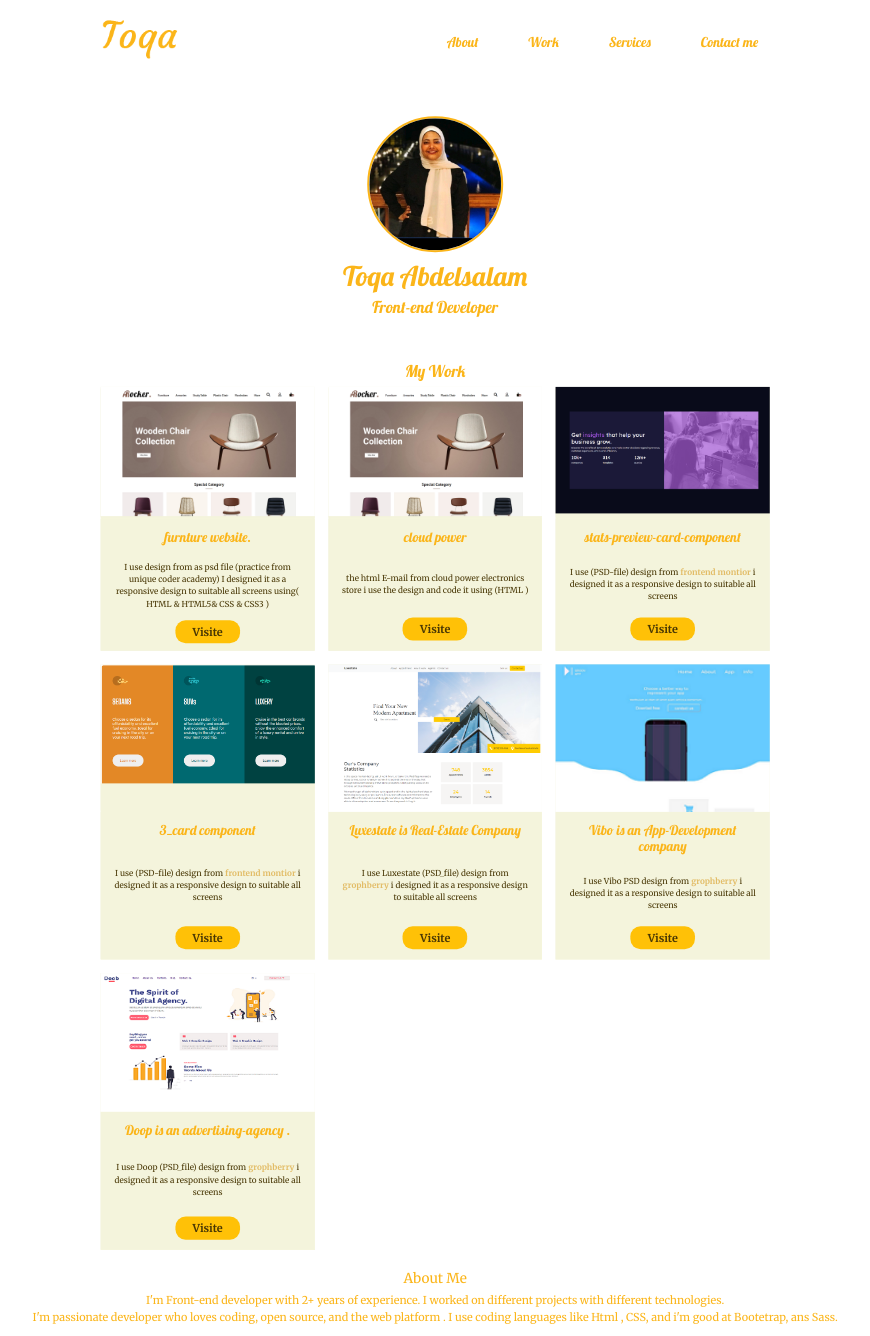
Repository: Toqa-25/portfolio
Page: index.html
These files come from the project's save history. The page is drawn as it stood at one moment and after the next save; the edit follows.
The browser window is 1280 px wide. The pictures show the whole page, at 68% of full size.
Some web fonts or font styles are not loaded; a fallback is used.

Above is the page before, as saved 2021-11-01 02:43:42.

### index.html
<!DOCTYPE html>
<html lang="en">
<head>
    <meta charset="UTF-8">
    <meta http-equiv="X-UA-Compatible" content="IE=edge">
    <meta name="viewport" content="width=device-width, initial-scale=1.0">
    <title>Toqa Portfolio</title>
      <!-- bootstrap file -->
      <link rel="stylesheet" href="css/all.min.css">
      <link rel="stylesheet" href="css/bootstrap.css">
      <!-- css file -->
      <link rel="stylesheet" href="css/style.css">
      <!-- fonts -->
      <link rel="preconnect" href="https://fonts.googleapis.com">
<link rel="preconnect" href="https://fonts.gstatic.com" crossorigin>
<link href="https://fonts.googleapis.com/css2?family=Lobster&family=Otomanopee+One&display=swap" rel="stylesheet">
<link rel="preconnect" href="https://fonts.googleapis.com">
<link rel="preconnect" href="https://fonts.gstatic.com" crossorigin>
<link href="https://fonts.googleapis.com/css2?family=Merriweather:ital,wght@0,300;0,400;0,700;0,900;1,300;1,400;1,700;1,900&display=swap" rel="stylesheet">
<link rel="preconnect" href="https://fonts.googleapis.com">
<link rel="preconnect" href="https://fonts.gstatic.com" crossorigin>
<link href="https://fonts.googleapis.com/css2?family=Bebas+Neue&family=Oswald:wght@200;300;400;500;600;700&display=swap" rel="stylesheet">
<link rel="preconnect" href="https://fonts.googleapis.com">
<link rel="preconnect" href="https://fonts.gstatic.com" crossorigin>
<link href="https://fonts.googleapis.com/css2?family=Montserrat:wght@100;200;300;400;500;600;700;800;900&family=PT+Sans:ital,wght@0,400;0,700;1,700&family=Roboto:wght@100;300;400;500;700;900&display=swap" rel="stylesheet">
</head>
<body>
        <!-- header section -->
    <header class="pad">
       <div class="container">
         <div class="header-content">
           <div class="header-logo">
             <img src="images/logo.png" alt="logo">
           </div>
           <div class="bar">
             <svg xmlns="http://www.w3.org/2000/svg" width="35" height="35" fill="#fbb519" class="bi bi-list" viewBox="0 0 16 16">
               <path fill-rule="evenodd" d="M2.5 12a.5.5 0 0 1 .5-.5h10a.5.5 0 0 1 0 1H3a.5.5 0 0 1-.5-.5zm0-4a.5.5 0 0 1 .5-.5h10a.5.5 0 0 1 0 1H3a.5.5 0 0 1-.5-.5zm0-4a.5.5 0 0 1 .5-.5h10a.5.5 0 0 1 0 1H3a.5.5 0 0 1-.5-.5z"/>
             </svg>
              <ul class="hidden-list unlist list">
              <li>About</li>
              <li>Work</li>
              <li>Services</li>
              <li>Contact me</li>
              <li>Reviews</li>
            </ul>
           </div>
           <div class="header-nav">
             <ul class="list unlist">
                 <li>About</li>
                 <li>Work</li>
                 <li>Services</li>
                 <li>Contact me</li>
                 <!-- <li>Reviews</li> -->
             </ul>

           </div>
         </div>
         </div>
        </header><!-- end header section -->
        <!-- information  section -->
    <section  class="inform pad">
      <div class="main-inform " role="main">
        <div class="inform-info">
        <img src="images/toqa.jpg" alt=""><br>
        <h1>Toqa Abdelsalam</h1>
        <h4>Front-end Developer</h4>
      </div>
      </div>
    </section> <!-- end information  section -->

      <!-- my-work  section -->
      <section class="pad work">
        <div class="container">
          <h4 class="work-head">My Work</h4>
          <div class="work-content">
              <div class="work-card" role="menu">
        <div class="card-img">
          <img src="images/my-work/furnture/desktop_unique-templete-2_index.html.png" alt="">
        </div>
        <div class="card-info">
          <h5 class="card-title">furnture website.</h5>
          <p class="card-info-text doop-text">I use  design from as psd file (practice from unique coder academy)
            I designed it as a responsive design to suitable all screens using( HTML & HTML5& CSS & CSS3 ) <br>
         </p>
      <button class="card-button"><a href="https://toqa-25.github.io/unique-templete-2/">Visite</a></button>
        </div>
     </div>
              <div class="work-card" role="menu">
        <div class="card-img">
          <img src="images/my-work/furnture/desktop_unique-templete-2_index.html.png" alt="">
        </div>
        <div class="card-info">
          <h5 class="card-title">cloud power</h5>
          <p class="card-info-text doop-text"> the html E-mail from cloud power electronics store
            i use the design and code it using (HTML )
          </p>

      <button class="card-button"><a href="https://toqa-25.github.io/unique-templete-2/">Visite</a></button>
        </div>
     </div>
      <div class="work-card" role="menu">
        <div class="card-img">
          <img src="images/my-work/preview-card/desktop_stats-preview-card-component-main_.png" alt="">
        </div>
        <div class="card-info">
          <h5 class="card-title">stats-preview-card-component </h5>
          <p class="card-info-text"> I use  (PSD-file) design from <span> <a href="https://www.frontendmentor.io/">frontend montior</a></span>
        i designed it as a responsive design to suitable all screens
         </p>
      <button class="card-button"><a href="https://toqa-25.github.io/stats-preview-card-component-main/">Visite</a></button>
        </div>
 </div>
      <div class="work-card" role="menu">
        <div class="card-img">
          <img src="images/my-work/3-card-component/desktop_3-cards-component_.png" alt="">
        </div>
        <div class="card-info">
          <h5 class="card-title">3_card component </h5>
          <p class="card-info-text"> I use  (PSD-file) design from <span> <a href="https://www.frontendmentor.io/">frontend montior</a></span>
        i designed it as a responsive design to suitable all screens
         </p>
      <button class="card-button"><a href="https://toqa-25.github.io/3-cards-component/">Visite</a></button>
        </div>
 </div>
      <div class="work-card" role="menu">
        <div class="card-img">
          <img src="images/my-work/luxestate/destop-luxestate - Copy (1).png" alt="">
        </div>
        <div class="card-info">
          <h5 class="card-title">Luxestate is Real-Estate Company  </h5>
          <p class="card-info-text">I use Luxestate (PSD_file) design from <span> <a href="https://www.graphberry.com/">grophberry</a></span>
    i designed it as a responsive design to suitable all screens
         </p>
      <button class="card-button"><a href="https://toqa-25.github.io/luxstate-project-/">Visite</a></button>
        </div>
 </div>
      <div class="work-card" role="menu">
        <div class="card-img">
          <img src="images/my-work/vibo/Vibo_App(desktop)_toqa-25.github.io2.png" alt="">
        </div>
        <div class="card-info">
          <h5 class="card-title">Vibo is an App-Development company</h5>
          <p class="card-info-text">I use Vibo PSD design from <span> <a href="https://www.graphberry.com/">grophberry</a></span>
                  i designed it as a responsive design to suitable all screens
         </p>
      <button class="card-button"><a href="https://toqa-25.github.io/vibo-app/">Visite</a></button>
        </div>
 </div>
      <div class="work-card" role="menu">
        <div class="card-img">
          <img src="images/my-work/simple/web_design.png" alt="">
        </div>
        <div class="card-info">
          <h5 class="card-title">Doop is an advertising-agency .</h5>
          <p class="card-info-text doop-text">I use Doop (PSD_file) design from <span> <a href="https://www.graphberry.com/">grophberry</a></span>
            i designed it as a responsive design to suitable all screens
         </p>
      <button class="card-button"><a href="https://toqa-25.github.io/simply-agency/">Visite</a></button>
        </div>
     </div>
      <!-- <div class="work-card" role="menu">
        <div class="card-img">
          <img src="images/my-work/landing-meeting-page/toqa-25.github.io_landing-meeting-page_desktop.png" alt="">
        </div>
        <div class="card-info">
          <h5 class="card-title">Metting landing page.</h5>
          <p class="card-info-text doop-text">I use  design from <span> <a href="https://www.frontendmentor.io/">frontendmentor</a></span>
i designed it as a responsive design to suitable all screens <br>
         </p>
      <button class="card-button"><a href="https://toqa-25.github.io/landing-meeting-page/">Visite</a></button>
        </div>
     </div> -->

   </div>
   </div>
      </section>

      <section class="section about">

          <h5>About Me</h5>
      <p> I'm Front-end developer with 2+ years of experience. I worked on different projects with different technologies. <br>
       I'm passionate developer who loves coding, open source, and the web platform .
       I use coding languages like Html , CSS, and i'm good at Bootetrap, ans Sass. </p>
      </section>

</body>
</html>

### css/style.css
/*
    public style
***********************
*/
:root{
    --main-color:#fbb519;
    --section-padding:30px;
}
* {
    box-sizing: border-box;
    margin: 0;
    padding: 0;
}
body{
    font-family: 'Merriweather', serif;
    color:var(--main-color);
}
.pad{
    padding: var(--section-padding) 0;
}
.container
{
  width: 80%;
  margin:auto;
  padding: 0 20px;
}

 .unlist{
     list-style: none;
 }
 a{
     text-decoration: none;
 }
/*
    header style
***********************
*/
 header{
    font-family: 'Lobster', cursive;
 }
 .header-content{
    display: flex;
}
.header-logo{
    width:50%;
}
.bar{
    position: relative;
    display: none;
    margin: auto 20px;
     transition: .2s;
     cursor: pointer;
     width: 50%;
    /* text-align: right; */
    justify-content: flex-end;
}
 .header-nav{
   min-width: 50%;
    display: flex;
    justify-content: flex-end;
 }
 .header-nav .list{
     width: 100%;
     display: flex;
     justify-content: space-between;
     align-items: center;
     padding: 17px;
 }
  .list li{
     font-size: 20px;
     transition: .2s;
     -webkit-transition: .2s;
     -moz-transition: .2s;
     -ms-transition: .2s;
     -o-transition: .2s;
     cursor: pointer;
     margin-bottom: 2px;
    }
     .list li:hover{
        border-bottom: 2px solid var(--main-color);
    }
    .hidden-list{
         text-align: center;
         position: absolute;
         width: 120px;
         top: 3px;
         right: -70px;
         background-color: #f5f5dc91;
         padding: 10px;
         border-radius: 25px;
         -webkit-border-radius: 25px;
         -moz-border-radius: 25px;
         -ms-border-radius: 25px;
         -o-border-radius: 25px;
         transition: .2s;
         -webkit-transition: .2s;
         -moz-transition: .2s;
         -ms-transition: .2s;
         -o-transition: .2s;
         visibility: hidden;
         display: none;
}
/* media quary for header*/
 @media (max-width: 991px){
   .header-nav {
      display: none;
  }
  .bar{
      display: flex;
  }
  .bar:hover .hidden-list{
    visibility: visible;
    display: block;
  }
}
/*
    my-information&image style
  ********************************
 */
 .main-inform{
     color: var(--main-color);
    text-align: center;
    height: 300px;
    display: flex;
    align-items: center;
    justify-content: center;
    font-family: 'Lobster', cursive;
}
.main-inform img{
    width: 200px;
    height: 200px;
    border:3px solid;
    border-radius: 50%;
    -webkit-border-radius: 50%;
     -moz-border-radius: 50%;
     -ms-border-radius: 50%;
     -o-border-radius: 50%;
     margin-bottom: 10px;
    }
/*
    my-work style
********************************
*/
.work{
text-align: center;
}
 .work-content{
    display: grid;
    grid-template-columns:repeat(3,1fr);
    grid-template-rows: minmax(1fr,350px);
    gap:20px;
 }
 .work .work-head{
    text-align: center;
    font-family: 'Lobster';
 }
 .work-card{
 background-color: #f5f5dce8;
 }
 .card-img{
     width:100%;
     height:50%;
     background-color: #f5f5dce8;
 }
 .card-img img{
     width:100%;
     max-height: 100%;
     transition: .2s;
     -webkit-transition: .2s;
     -moz-transition: .2s;
     -ms-transition: .2s;
     -o-transition: .2s;
}

 .card-img img:hover{
   transform: scale(1.1);
   -webkit-transform: scale(1.1);
   -moz-transform: scale(1.1);
   -ms-transform: scale(1.1);
   -o-transform: scale(1.1);
}
 .card-info{
     display: flex;
    flex-direction: column;
    justify-content: space-between;
     text-align: center;
     width: 100%;
     height: 50%;
    background-color: #f5f5dce8;
    padding: 15px;
 }
 .card-title{
         font-family: 'Lobster', cursive;
 }

.card-info-text{
    margin:15px 0;
    font-size: 12px;
    font-weight: 400;
    /* padding: 2px; */
    text-align: center;
    color:#483705;
}
.card-info-text a{
    text-decoration: none;
    color: #e2bc66;
    font-weight: bolder;
}
/* .card p{
  margin:15px 0 ;
} */

.card-button{
    width: 95px;
    text-align: center;
    background-color: #ffc107;
     color:#483705;
    border: none;
    margin: 0 auto;
    border-radius: 15px;
    padding: 5px;
    /*margin-top: 7px; */
    transition: .2s;
    -webkit-transition: .2s;
    -moz-transition: .2s;
    -ms-transition: .2s;
    -o-transition: .2s;
    font-weight: bold;
}
.card-button:hover{
     transform: scale(1.1);
     -webkit-transform: scale(1.1);
      -moz-transform: scale(1.1);
      -ms-transform: scale(1.1);
       -o-transform: scale(1.1);
}
.card-button a{
    text-decoration: none;
    color: #483705;
}

.about{
    text-align: center;

}

/*
media quary style
***************************************
//extra small devices @media (maxwidth:575px)
//small devices @media (maxwidth:767px)
//medium devices @media (maxwidth:991px)
//large devices @media (maxwidth:1199px)
*/
/* .card {
    width: 100%;
    height: 100%;
    position: relative;
    display: flex;
    flex-direction: column;
    min-width: 0;
    word-wrap: break-word;
    background-color: black;
    background-clip: border-box;
    border: 4px solid var(--main-color);
    border-radius: 0.3rem;
}

.card img{
    max-width:100%;
    max-height: 150px;
    border-bottom: 3px solid;
} */

Loaded but not shown: css/all.min.css (library); css/bootstrap.css (library)

After the next save:
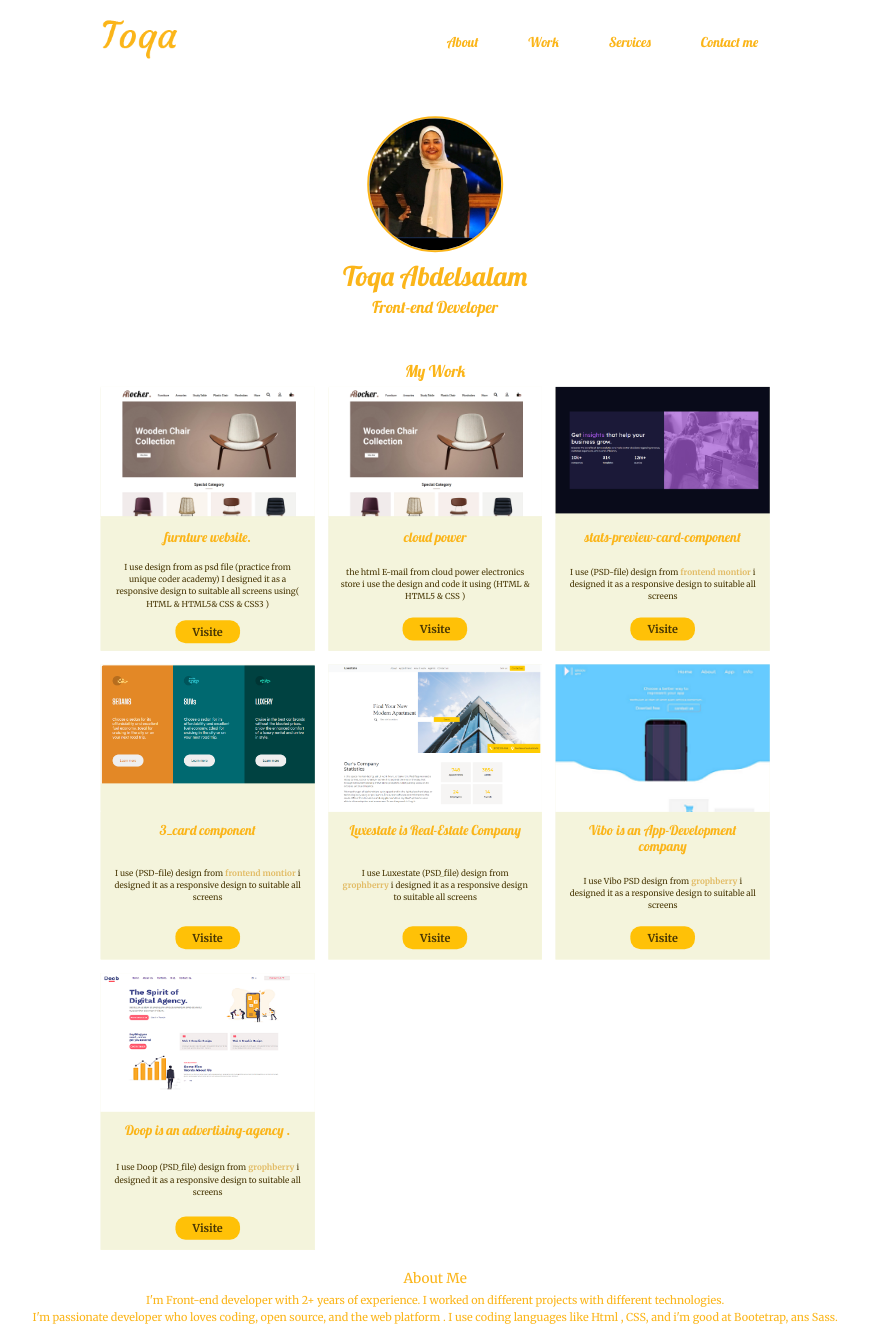
Saved 14 s later.
--- a/index.html
+++ b/index.html
@@ -92,7 +92,7 @@
         <div class="card-info">
           <h5 class="card-title">cloud power</h5>
           <p class="card-info-text doop-text"> the html E-mail from cloud power electronics store
-            i use the design and code it using (HTML )
+            i use the design and code it using (HTML & HTML5 & CSS )
           </p>
 
       <button class="card-button"><a href="https://toqa-25.github.io/unique-templete-2/">Visite</a></button>
